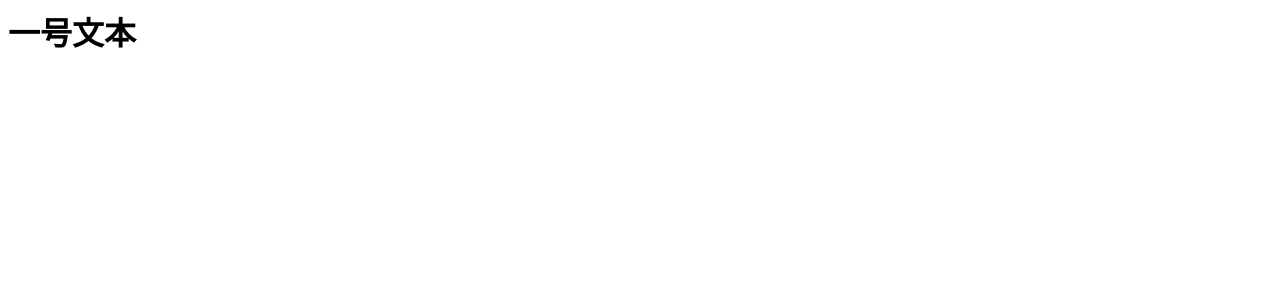
Repository: Yeyuehuke/Webstudy-Feidian
Page: 01-HTMLlearning/02-HTMLBasics/03-HeadingsLinesComments.html
An editor plug-in stored every save of this project. The page is shown before and after the next save, followed by the edit.
The browser window is 1280 px wide. The pictures show the whole page.

Above is the page before, as saved 2020-05-17 08:13:47.

After the next save:
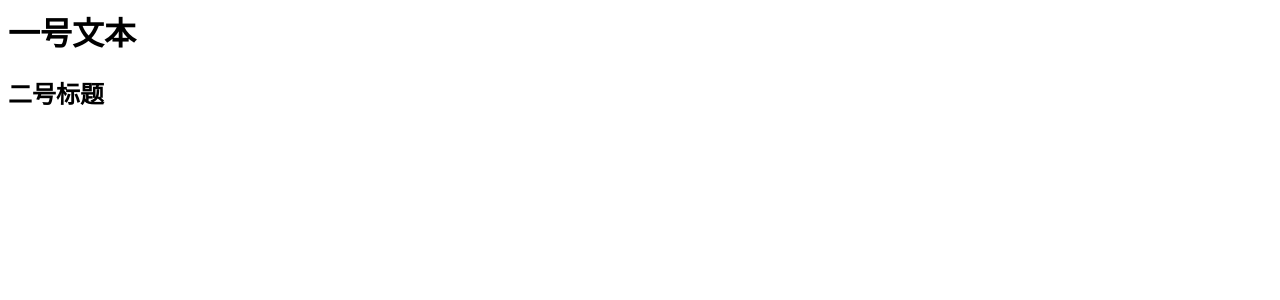
Saved 5 s later.
--- a/01-HTMLlearning/02-HTMLBasics/03-HeadingsLinesComments.html
+++ b/01-HTMLlearning/02-HTMLBasics/03-HeadingsLinesComments.html
@@ -4,6 +4,6 @@
     </head>
     <body>
         <h1>一号文本</h1>
-        <h2></h2>
+        <h2>二号标题</h2>
     </body>
 </html>
